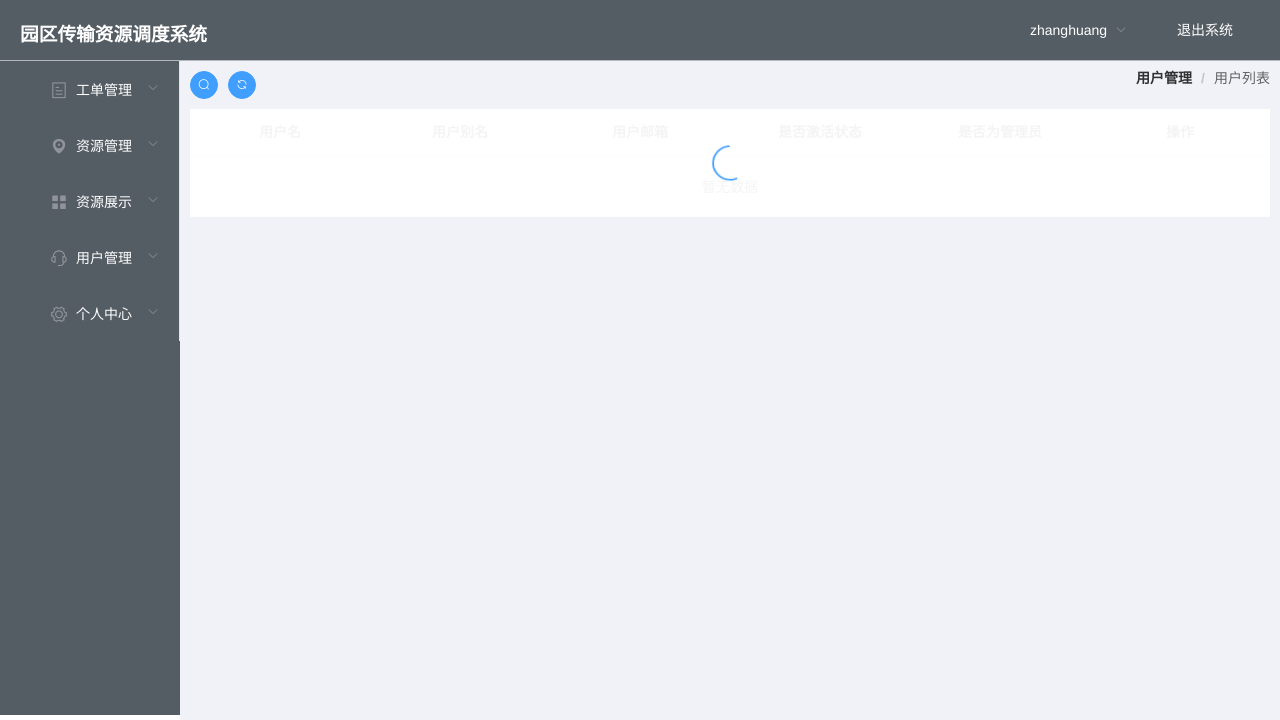
Repository: LezBaishi/yqpass
Page: /#/3 (app in yqpass-v1.5/frontend/)
The author's editor kept a copy of each file at every save. The page is drawn from the files as they stood at one save, then again after the next save.
The browser window is 1280 px wide. The pictures show the whole page.
The page's requests for data from a server got no answer. The project was rebuilt for these pictures with package versions that can differ from the ones it lists, and the page was loaded fresh each time. No one was signed in, and anything a server would have sent is missing. Also part of the build but not shown: yqpass-v1.5/frontend/src/components/OrderlistNew.vue, yqpass-v1.5/frontend/src/components/OrderDetailUnfinished.vue, yqpass-v1.5/frontend/src/components/OrderlistUnfinished.vue, yqpass-v1.5/frontend/src/components/OrderDetailCompleted.vue, yqpass-v1.5/frontend/src/components/OrderlistCompleted.vue, yqpass-v1.5/frontend/src/components/Orderlist.vue, yqpass-v1.5/frontend/src/components/ResCableDetail.vue, yqpass-v1.5/frontend/src/components/ResCable.vue and 13 more.

Above is the page before, as saved 2018-10-21 17:26:30.

### yqpass-v1.5/frontend/index.html
<!DOCTYPE html>
<html>
  <head>
    <meta charset="utf-8">
    <meta name="viewport" content="width=device-width,initial-scale=1.0">
    <title>zhang</title>
  </head>
  <body>
    <div id="app"></div>
    <!-- built files will be auto injected -->
  </body>
</html>

### yqpass-v1.5/frontend/src/main.js
// The Vue build version to load with the `import` command
// (runtime-only or standalone) has been set in webpack.base.conf with an alias.
import Vue from 'vue'
import App from './App'
import router from './router'
import ElementUI from 'element-ui'
import 'element-ui/lib/theme-chalk/index.css'
import $ from 'jquery'
import store from './store/store'

import './axios/'
import Axios from 'axios'
Axios.defaults.withCredentials = true
Vue.prototype.$http = Axios


Vue.use(ElementUI)
Vue.config.productionTip = false

/* eslint-disable no-new */
new Vue({
  el: '#app',
  store,
  router,
  components: { App },
  template: '<App/>'
})

### yqpass-v1.5/frontend/src/store/store.js
// The Vue build version to load with the `import` command
// (runtime-only or standalone) has been set in webpack.base.conf with an alias.
import Vue from 'vue'
import Vuex from 'vuex'

import mutations from './mutations';
import * as actions from './actions';
import * as getters from './getters';

Vue.use(Vuex);

import cookie from '../static/js/cookie'

const userInfo = {
	name:cookie.getCookie('name')||'',
	token:cookie.getCookie('token')||''
}

const state = {
	userInfo
}

export default new Vuex.Store({
	state,
	mutations,
	actions,
	getters
});

### yqpass-v1.5/frontend/src/axios/index.js
// The Vue build version to load with the `import` command
// (runtime-only or standalone) has been set in webpack.base.conf with an alias.
import Vue from 'vue'
import axios from 'axios'

import store from '../store/store'

import * as types from '../store/mutation-types';
import router from '../router'

axios.defaults.withCredentials = true

// 创建axios实例
const service = axios.create({
	 timeout: 5000, // 请求的超时时间
	 withCredentials: true // 允许携带cookie
})

// request拦截器
service.interceptors.request.use(
 config => {
 // 发送请求之前，要做的业务
 	if (config.method=='post') {
 		config.headers['Content-Type'] = application/json
 	}
 	return config
 },
 error => {
 // 错误处理代码

 return Promise.reject(error)
 }
)

// response拦截器
service.interceptors.response.use(
 response => {
 // 数据响应之后，要做的业务
 return response
 },
 error => {
 return Promise.reject(error)
 }
)
export default service

### yqpass-v1.5/frontend/src/components/Layout.vue
<template lang="html">
  <el-row class="panel">
    <el-row class="top">
      <el-col :span='24' class="panel-top">
        <el-col style="width:240px; padding-left:20px; height: 100%;align-items: flex-end;">
          <!-- <img src="../assets/logo1.png"  alt="log" class="img" /> -->
          <!-- <a style="font-size: 28px;color: #ffffff;">ChinaMobile</a> -->
          <h3 style="color:#ffffff;">{{ msg }}</h3>
        </el-col>
        <el-col class='rightbar'>
          <el-menu router mode="horizontal" @select="handleSelect" background-color="#545c64" text-color="#fff" active-text-color="#ffd04b">
            <el-submenu index="1">
              <template slot="title">zhanghuang</template>
              <el-menu-item index="/personcenter">个人中心</el-menu-item>
            </el-submenu>
            <el-menu-item index="2">退出系统</el-menu-item>
          </el-menu>
            <!-- <el-dropdown trigger="click"  placement="bottom-end" v-if="userInfo.name">
            <span class="el-dropdown-link" v-model="name" style="cursor: pointer;font-weight:700l;font-size:15px;">
              欢迎您： {{userInfo.name}}<i class="el-icon-caret-bottom el-icon--right"></i>
            </span>
            <el-dropdown-menu slot="dropdown">
              <el-dropdown-item @click.native="toPersonCenter">个人中心</el-dropdown-item>
              <el-dropdown-item @click.native="toLogin">退出登录</el-dropdown-item>
            </el-dropdown-menu>
          </el-dropdown>
          <el-dropdown trigger="click" placement="top" v-else>
            <span class="el-dropdown-link" v-model="name" style="cursor: pointer;font-weight:700l;font-size:15px;">
              您好，请先登录<i class="el-icon-caret-bottom el-icon--right"></i>
            </span>
            <el-dropdown-menu slot="dropdown">
              <el-dropdown-item @click.native="firstLogin">前往登录</el-dropdown-item>
              <el-dropdown-item @click.native="firstRes">前往注册</el-dropdown-item>
            </el-dropdown-menu>
          </el-dropdown>             -->
        </el-col>
      </el-col>
    </el-row>
    <!-- <el-row class="top-nav">
      <el-col :span=10 :push="3">
          <el-tabs v-model="activeName" :stretch="true" @tab-click="handleClick" type="border-card">
          	<el-tab-pane v-for="(item, index) in label_list" :key="index" :label="item.title" :name="index">{{ item.title }}</el-tab-pane>
          </el-tabs>
      </el-col>
    </el-row> -->
    <el-row class="panel-center">
      <router-view></router-view>
    </el-row>
  </el-row>
</template>

<script>
import Orderlist from '../components/Orderlist'
import Resmanagement from '../components/Resmanagement'
import PersonCenter from '@/components/PersonCenter'
import { logout,getUserDetail } from '../api/api'
import { mapGetters } from 'vuex';
export default {
  components: {
  	Orderlist,
  	Resmanagement,
  	PersonCenter
  },
  data () {
    return {
      activeName: '0',
      msg: '园区传输资源调度系统',
      label_list: [
        {
          title: '工单管理',
        },
        {
          title: '资源管理',
        },
        {
          title: '资源展示',
        },
        {
          title: '用户管理',
        }
      ]
    }
  },
  computed: {
  	...mapGetters({
  		userInfo: 'userInfo'
  	})
  },
  methods: {
    handleClick (tab, event) {
      console.log(tab, event);
      let urlStr = '/' + this.activeName;
      this.$router.push(urlStr);
    },
    toPersonCenter () {
	  	  getUserDetail({}).then((response)=> {
	  		if (response.data.code == 1) {
	  			this.$router.push({path: '/personcenter'})
	  		}else{
	  			return response.data.msg
	  		}
	  	})

    },
    toLogin () {
    	this.$confirm('是否确定退出系统', '提示', {
    		confirmButtonText: '确定',
    		cancelButtonText: '取消',
    		type: 'warning'
    	}).then(() => {
		  	  logout({}).then((response)=> {
		  		console.log(response);
		  		if (response.data.code == 1) {
    				this.$router.push({path: '/login'})
		  		}else{
		  			return response.data.msg
		  		}
		  	})
    	}).catch(() => {

    	});
    },
    firstLogin () {
    	this.$router.push({path: '/login'})
    },
    firstRes () {
    	this.$router.push({path: '/reg'})
    }
  }
}
</script>

<!-- Add "scoped" attribute to limit CSS to this component only -->
<style lang="css" scoped>
h1, h2 {
  font-weight: normal;
}
ul {
  list-style-type: none;
  padding: 0;
}
li {
  display: inline-block;
  margin: 0 10px;
}
a {
  color: #42b983;
}
.panel {
  position:absolute;
  top:0;
  bottom: 5px;
  left: 0;
  right: 0;
  background:#ffffff;
}
.panel-top {
  display: flex;
  justify-content: space-between;
  height: 60px;
  background: #545c64;
  /* color: #c0ccda; */
  text-align: left;
  /* padding-left: 70px; */
}
.img{
  height:60px;
  left:0px;
  top:0px;
}
.rightbar {
  width: 280px;
  /* text-align: right; */
  /* padding-right: 20px; */
  /* line-height:50px; */
  /* align-items: center; */
  /* justify-content: flex-end; */
}
.top-nav {
	height: 40px;
}
.panel-center {
  background: #545c64;
  position: absolute;
  top: 60px;
  bottom: 0px;
  width: 100%;
  margin: auto 0;
    /*最外层要hidden*/
    /*这是行，绝对定位之后没有宽度因此必须设置width*/
}
.breadcrumb {
  margin-bottom: 10px;
}
.button_nav {
  margin-bottom: 10px;
}
.panel-c-c {
    /*这是列，因为已经有了列的宽度因此无需设置width*/
  background: #f1f2f7;
  position: absolute;
  right: 0px;
  top: 0px;
  bottom: 0px;
    /*内层设置滚动*/
  padding: 10px;
}
</style>

### yqpass-v1.5/frontend/src/components/Usermanagement.vue
<template lang="html">
  <div>
  	<el-row class="sidebar">
  	<el-col>
        <!-- <el-menu router :default-active="$route.path" theme="dark">
          <el-submenu>
            <template slot="title">用户管理</template>
            <el-menu-item index="/3/userList">用户列表</el-menu-item>
            <el-menu-item index="/3/roleList">角色列表</el-menu-item>
            <el-menu-item index="/3/deptList">部门列表</el-menu-item>
          </el-submenu>
        </el-menu> -->
        <el-menu router default-active="2" class="el-menu-vertical-demo" @open="handleOpen" @close="handleClose" background-color="#545c64" text-color="#fff" active-text-color="#ffd04b">
            <el-submenu index="1">
              <template slot="title">
                <i class="el-icon-tickets"></i>
                <span>工单管理</span>
              </template>
              <el-menu-item index="/0/orderNew">新建工单</el-menu-item>
              <el-menu-item index="/0/orderUnfinished">待办工单</el-menu-item>
              <el-menu-item index="/0/orderCompleted">已办工单</el-menu-item>
            </el-submenu>
            <el-submenu index="2">
              <template slot="title">
                <i class="el-icon-location"></i>
                <span>资源管理</span>
              </template>
              <el-menu-item index="/1/resCable">光缆总表</el-menu-item>
              <el-menu-item index="/1/resCircuit">已用电路</el-menu-item>
            </el-submenu>
            <el-submenu index="3">
              <template slot="title">
                <i class="el-icon-menu"></i>
                <span>资源展示</span>
              </template>
            </el-submenu>
            <el-submenu index="4">
              <template slot="title">
                <i class="el-icon-service"></i>
                <span>用户管理</span>
              </template>
              <el-menu-item index="/3/userList">用户列表</el-menu-item>
              <el-menu-item index="/3/roleList">角色列表</el-menu-item>
              <el-menu-item index="/3/deptList">部门列表</el-menu-item>
            </el-submenu>
            <el-submenu index="5">
              <template slot="title">
                <i class="el-icon-setting"></i>
                <span>个人中心</span>
              </template>
              <el-menu-item index="/personcenter/infor">个人信息</el-menu-item>
              <el-menu-item index="/personcenter/changepass">修改密码</el-menu-item>
            </el-submenu>
          </el-menu>
      </el-col>
    </el-row>
    <el-row class="panel-c-c">
      <el-col>
      	<router-view></router-view>
      </el-col>
    </el-row>
  </div>
</template>

<script>
import UserList from '../components/UserList'
import RoleList from '../components/RoleList'
import DeptList from '../components/DeptList'
export default {
  components: {
  	UserList,
  	RoleList,
  	DeptList
  },
  data () {
    return {

    }
  },
  methods: {

  }
}
</script>

<!-- Add "scoped" attribute to limit CSS to this component only -->
<style lang="css" scoped>
.container {
	position: absolute;
  	height: 100%;
  	width: 100%;
}
.sidebar {
	position: fixed;
  top: 60px;
  bottom: 0px;
  left: 0px;
  width: 180px;
  border-top: 1px solid RGBA(178,184,190,1);
  z-index: 2000;
  overflow-x: scroll;
  /* height: 100%;
  width: 100%; */
  /* display: flex; */
  /* flex: 1; */
}
.panel-c-c {
    /*这是列，因为已经有了列的宽度因此无需设置width*/
  background: #f1f2f7;
  position: fixed;
  top: 60px;
  bottom: 0px;
  left: 180px;
  right: 0px;
  /* width: 100%; */
  border-top: 1px solid RGBA(178,184,190,1);
  /* position: relative;
  margin-top: 80px;
  margin-left: 180px;
  margin: auto; */
  /* height: calc(100% - 60px);
  top: 0px;
  bottom: 0px; */
  /* height: 100%; */
  overflow-y: scroll;
    /*内层设置滚动*/
  padding: 10px;
}
</style>

### yqpass-v1.5/frontend/src/components/UserList.vue
<template lang="html">
  <div>
  	<el-row class="container">
      	<el-row v-if="seen" class="order_menu">
      		<el-form ref="search_form" :model="search_form" label-width="80px">
       		<el-row>
       			<h2 style="font-size:22px;">搜索用户</h2>
      			<el-col :offset="3" :span="8">
      				<el-form-item label="用户名" prop="userName">
      					<el-input v-model="search_form.userName" placeholder="请输入用户名" clearable></el-input>
      				</el-form-item>
      			</el-col>
      			<el-col :push="2" :span="8">
      				<el-form-item label="用户邮箱" prop="userEmail">
      					<el-input v-model="search_form.userEmail" placeholder="请输入用户邮箱" clearable></el-input>
      				</el-form-item>
      			</el-col>
	      	</el-row>
	      	<el-row>
	      		<el-col :offset="3" :span="8">
	      			<el-form-item label="用户别名" prop="userAlias">
	      				<el-input v-model="search_form.userAlias" placeholder="请输入用户别名" clearable></el-input>
	      			</el-form-item>
	      		</el-col>
	      		<el-col :push="2" :span="8">
	      			<el-form-item label="用户类型" prop="userCate">
	      				<el-select v-model="search_form.userCate" placeholder="请选择用户类型" style="width:100%;">
	      					<el-option label="所有用户" name="type" value="all"></el-option>
							<el-option label="一般用户" name="type" value="general"></el-option>
							<el-option label="管理用户" name="type" value="admin"></el-option>
	      				</el-select>
	      			</el-form-item>
	      		</el-col>
	      	</el-row>
	      	<el-row justify="space-around">
	      		<el-form-item>
	      			<el-col :push="9" :span="2">
						<el-button type="primary" size="medium" @click="searchOrder">搜索</el-button>
					</el-col>
					<el-col :push="9" :span="2">
						<el-button type="" size="medium" @click="resetForm('search_form')">重置</el-button>
					</el-col>
				</el-form-item>
	      	</el-row>
	      </el-form>
      	</el-row>
        <el-row>
          <el-col :span='12' class="button_nav">
          	<el-button type="primary" icon="el-icon-search" size="mini" circle style='float: left;' @click="searchBtn"></el-button>
           	<el-button type="primary" icon="el-icon-refresh" size="mini" circle style='float: left;' @click="refreshBtn"></el-button>
          </el-col>
          <el-col :span='12' class="breadcrumb">
            <el-breadcrumb separator="/" style='float: right;'>
              <el-breadcrumb-item :to="{ path: '/3/userList' }">用户管理</el-breadcrumb-item>
              <el-breadcrumb-item>用户列表</el-breadcrumb-item>
            </el-breadcrumb>
          </el-col>
        </el-row>
        <el-row>
        	<el-table :data="tableData" v-loading="loading">
  				<template v-for="column in tableColumns">
	  			<el-table-column header-align="center"
	  				:label="column.label"
	  				:prop="column.prop">
	  			</el-table-column>
  				</template>
  			<el-table-column
            	label="操作"
            	prop="" header-align="center">
            	<template slot-scope="scope">
					<el-button type="primary" circle size="mini" icon="el-icon-view" @click="onBtnDetailClick(scope.$index, tableData)"></el-button>
					<el-button type="danger" circle size="mini" icon="el-icon-delete" @click="onBtnDeleteClick(scope.$index, tableData)"></el-button>
            	</template>
       		 </el-table-column>
  			</el-table>
		</el-row>
		<el-row>
			<el-pagination class="pageView" v-if="paginationShow" background @size-change="handleSizeChange" @current-change="handleCurrentChange" :page-sizes="pageSizeList" :page-size="pageSize" layout="total,sizes,prev,pager,next" :page-count="pageCount" :total="totalCount">
			</el-pagination>
		</el-row>
    </el-row>
  </div>
</template>

<script>
import UserListDetail from '../components/UserListDetail'
import { getUserList,deleteUser } from '../api/api'
export default {
  data () {
    return {
		tableData: [],
		loading: true,
		pageNo: 1,
		totalPage: 0,
		totalCount: 0,
		pageCount: 10,
		paginationShow: false,
		pageSize: 10,
		pageSizeList: [5, 10, 15, 20],
		tableColumns: [
			{ label: '用户名', prop: 'username'},
			{ label: '用户别名', prop: 'alias' },
			{ label: '用户邮箱', prop: 'email'},
			{ label: '是否激活状态', prop: 'active'},
			{ label: '是否为管理员', prop: 'admin'}
		],
    	seen: false,
    	search_form: [
    	{
    		userName: '',
    		userEmail: '',
    		userAlias: '',
    		userCate: '',
    	}]
    }
  },
  methods: {
	searchBtn () {
		if (this.$data.seen == false){
			this.$data.seen = true;
		}else {
			this.$data.seen = false;
		}
	},
	refreshBtn () {
		this.getUserAllList();
	},
  searchOrder () {
		this.$data.seen = false;
		let paramsData = {};
		paramsData["username"] = this.search_form.userName;
		paramsData["email"] = this.search_form.userEmail;
		paramsData["alias"] = this.search_form.userAlias;
		paramsData["category"] = this.search_form.userCate;
		paramsData["per_page"] = this.pageSize;
		paramsData["page"] = this.pageNo;
		getUserList({params : paramsData}).then((response)=> {
			console.log(response)
			if (response.data.code == 1) {
				this.loading = false;
				let list = response.data.data.value;
				console.log(list);
				this.tableData = [];
				for (var i=0; i<list.length; i++) {
					this.tableData.push({
						username: list[i].username,
						alias: list[i].alias,
						email: list[i].email,
						active: list[i].active,
						admin: list[i].admin,
						id: list[i].id
					})
				};
			}
		})
  	},
  	resetForm(formName) {
		this.search_form = [
    	{
    		userName: '',
    		userEmail: '',
    		userAlias: '',
    		userCate: '',
    	}];
	},
	getUserAllList() {
		let paramsData = {};
		paramsData["category"] = "all";
		paramsData["per_page"] = this.pageSize;
		paramsData["page"] = this.pageNo;
		getUserList({params : paramsData}).then((response)=> {
			console.log(response);
			this.loading = false;
			if (response.data.code == 1)	{
				let list = response.data.data.value;
				console.log(list);
				this.tableData = [];
				for (var i=0; i<list.length; i++) {
					this.tableData.push({
						username: list[i].username,
						alias: list[i].alias,
						email: list[i].email,
						active: list[i].active,
						admin: list[i].admin,
						id: list[i].id
					}),
					this.tableData[i].active==true?this.tableData[i].active='激活':this.tableData[i].active='未激活';
					this.tableData[i].admin==true?this.tableData[i].admin='管理员':this.tableData[i].admin='普通用户';
				};
				console.log(this.tableData);
				this.totalCount = response.data.data.total
				console.log(this.totalCount)
				this.totalPage = Math.ceil(response.data.data.total/this.pageSize)
			console.log(this.totalPage)
			if (this.totalPage > 1) {
				this.paginationShow = true;
			}
			}
		})
	},
	handleSizeChange(val) {
  		console.log('每页' + val + '条');
  		var pageSize = `${val}`
  		this.pageSize = parseInt(pageSize)
  		this.$nextTick(() => this.getUserAllList())
  	},
  	handleCurrentChange(val) {
  		console.log(`当前页:`+val);
  		this.pageNo = val
  		this.getUserAllList()
  	},
	onBtnDetailClick (index, rows) {
		let rowValue = JSON.parse(JSON.stringify(rows[index]));
		this.$router.push({path: '/3/UserListDetail', query: {id: rowValue.id}})
	},
	onBtnDeleteClick (index, rows) {
		this.$confirm('是否确定删除该用户', '提示', {
        confirmButtonText: '确定',
        cancelButtonText: '取消',
        type: 'warning'
      }).then(() => {
		let rowValue = JSON.parse(JSON.stringify(rows[index]));
		console.log(rowValue);
		var that = this;
		let json = {};
		json["user_id"] = rowValue.id;
		var params = JSON.stringify(json);
		deleteUser(params).then((response)=> {
			if (response.data.code == 1) {
				this.$notify({
					title: '提示',
					message: '删除成功',
					type: 'success',
					duration: 1500
				});
				this.getUserAllList();
			}
		})
      }).catch(() => {

      });
	}
  },
  created () {
	this.getUserAllList();
  }
}
</script>

<!-- Add "scoped" attribute to limit CSS to this component only -->
<style lang="css" scoped>
.container {
  height: 100%;
  width: 100%;
}
.breadcrumb {
  margin-bottom: 10px;
}
.button_nav {
  margin-bottom: 10px;
}
.order_menu {
  -webkit-border-radius: 5px;
  border-radius: 5px;
  -moz-border-radius: 5px;
  background-color: #F9FAFC;
  margin: 10px auto 10px auto ;
  border: 2px solid #8492A6;
  padding: 0px 10px 0px 10px;
}
.pageView {
	height: 30px;
	display: flex;
	flex-direction: row;
	align-items: center;
	justify-content: center;
}
</style>

### yqpass-v1.5/frontend/src/store/mutations.js
import * as types from './mutation-types';
import cookie from '../static/js/cookie';
// 类似于事件 每个mutation都有字符类型的事件类型和回调函数
//全局引入vue
import Vue from 'vue';
import Axios from 'axios';
Vue.prototype.$http = Axios

export default {
    [types.SET_INFO] (state) {
        state.userInfo = {
            name:cookie.getCookie('name'),
        }
        console.log(state.userInfo);
    },

}

### yqpass-v1.5/frontend/src/store/actions.js
import * as types from './mutation-types';
// 提交mutation
function makeAction (type) {
  return ({ commit }, ...args) => commit(type, ...args);
};

export const setInfo = makeAction(types.SET_INFO);

### yqpass-v1.5/frontend/src/store/getters.js
export const userInfo = state => {
	return state.userInfo;
}

### yqpass-v1.5/frontend/src/static/js/cookie.js
//设置cookie,增加到vue实例方便全局调用
//vue全局调用的理由是，有些组件所用到的接口可能需要session验证，session从cookie获取
//当然，如果session保存到vuex的话除外
//全局引入vue
var cookie={
  setCookie (c_name, value, expiredays){
    var exdate = new Date();
    exdate.setTime(exdate.getTime()+expiredays);
    exdate.setDate(exdate.getDate() + expiredays);
    document.cookie = c_name + "=" + escape(value) + ((expiredays == null) ? "" : ";expires=" + exdate.toGMTString());
  },
  getCookie(name){
    var arr, reg = new RegExp("(^| )" + name + "=([^;]*)(;|$)");
    if (arr = document.cookie.match(reg))
      return (arr[2]);
    else
      return null;
    },
  delCookie(name){
    var exp = new Date();
    exp.setTime(exp.getTime() - 1);
    var cval = cookie.getCookie(name);
    if (cval != null)
      document.cookie = name + '=; expires=Thu, 01 Jan 1970 00:00:01 GMT;';
  }
}

export default cookie;

### yqpass-v1.5/frontend/src/store/mutation-types.js
// 使用常量替代mutation事件类型。
export const SET_INFO = 'SET_INFO';

Loaded but not shown: yqpass-v1.5/frontend/src/App.vue (common file); yqpass-v1.5/frontend/src/router/index.js (178 lines, source omitted); yqpass-v1.5/frontend/src/api/api.js (133 lines, source omitted)

After the next save:
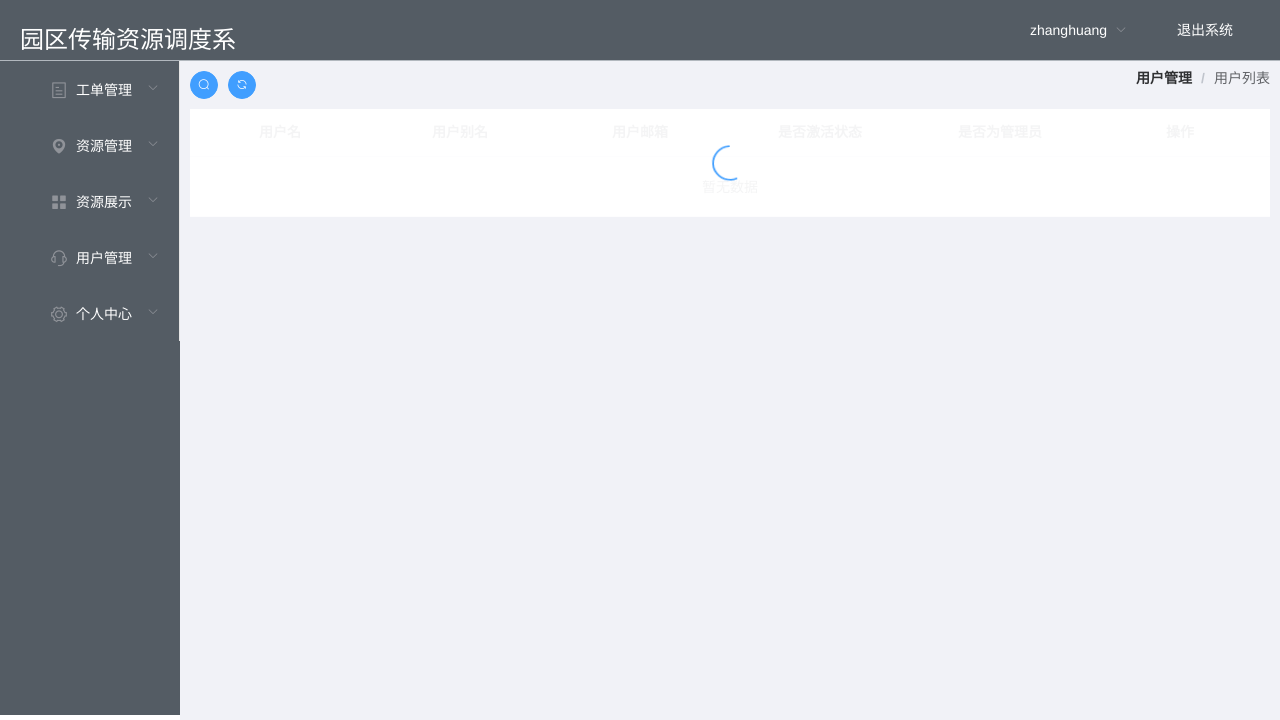
Saved 15 s later.
--- a/yqpass-v1.5/frontend/src/components/Layout.vue
+++ b/yqpass-v1.5/frontend/src/components/Layout.vue
@@ -5,7 +5,7 @@
         <el-col style="width:240px; padding-left:20px; height: 100%;align-items: flex-end;">
           <!-- <img src="../assets/logo1.png"  alt="log" class="img" /> -->
           <!-- <a style="font-size: 28px;color: #ffffff;">ChinaMobile</a> -->
-          <h3 style="color:#ffffff;">{{ msg }}</h3>
+          <h2 style="color:#ffffff;">{{ msg }}</h2>
         </el-col>
         <el-col class='rightbar'>
           <el-menu router mode="horizontal" @select="handleSelect" background-color="#545c64" text-color="#fff" active-text-color="#ffd04b">
